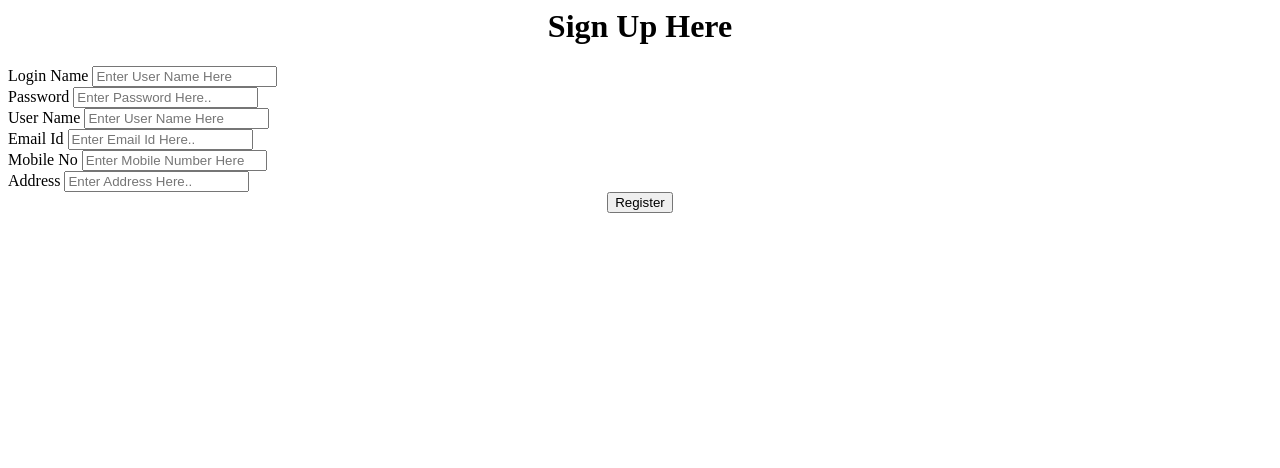
Repository: ManaliSant/Project-2-
Page: InteractionFrontEnd/WebContent/web/c_user/SignUp.html
The author's editor kept a copy of each file at every save. The page is drawn from the files as they stood at one save, then again after the next save.
The browser window is 1280 px wide. The pictures show the whole page.

Above is the page before, as saved 2018-12-12 11:33:28.

### InteractionFrontEnd/WebContent/web/c_user/SignUp.html

<div class="container" ng-controller="UserController">

	<h1 class="well">
		<center>
			<font face="Monotype Corsiva">Sign Up Here</font>
		</center>
	</h1>

	<div class="col-lg-12 well">
		<div class="row">
			<form>
				<div class="col-sm-12">
					<div class="row">
						<div class="col-sm-6 form-group">
							<label>Login Name</label> <input type="text" name="loginname"
								ng-model="User.loginname" placeholder="Enter User Name Here"
								ng-model="user.loginname" class="form-control">
						</div>
						<div class="col-sm-6 form-group">
							<label>Password</label> <input type="password" name="password"
								ng-model="User.password" placeholder="Enter Password Here.."
								ng-model="user.password" class="form-control">
						</div>
					</div>
					<div class="row">
						<div class="col-sm-6 form-group">
							<label>User Name</label> <input type="text" name="username"
								ng-model="User.username" placeholder="Enter User Name Here"
								ng-model="user.username" class="form-control">
						</div>
						<div class="col-sm-6 form-group">
							<label>Email Id</label> <input type="email" name="emailid"
								ng-model="User.emailid" placeholder="Enter Email Id Here.."
								ng-model="user.emailid" class="form-control">
						</div>
					</div>

					<div class="row">
						<div class="col-sm-6 form-group">
							<label>Mobile No</label> <input type="text" name="mobileno"
								ng-model="User.mobileno" placeholder="Enter Mobile Number Here"
								ng-model="user.mobileno" class="form-control">
						</div>
						<div class="col-sm-6 form-group">
							<label>Address</label> <input type="text" name="address"
								ng-model="User.address" placeholder="Enter Address Here.."
								ng-model="user.address" class="form-control">
						</div>
					</div>

					<center>
						<input type="submit" value="Register" class="btn btn-lg btn-info" ng-click="register()" />
					</center>
				</div>
			</form>
		</div>
	</div>



</div>

After the next save:
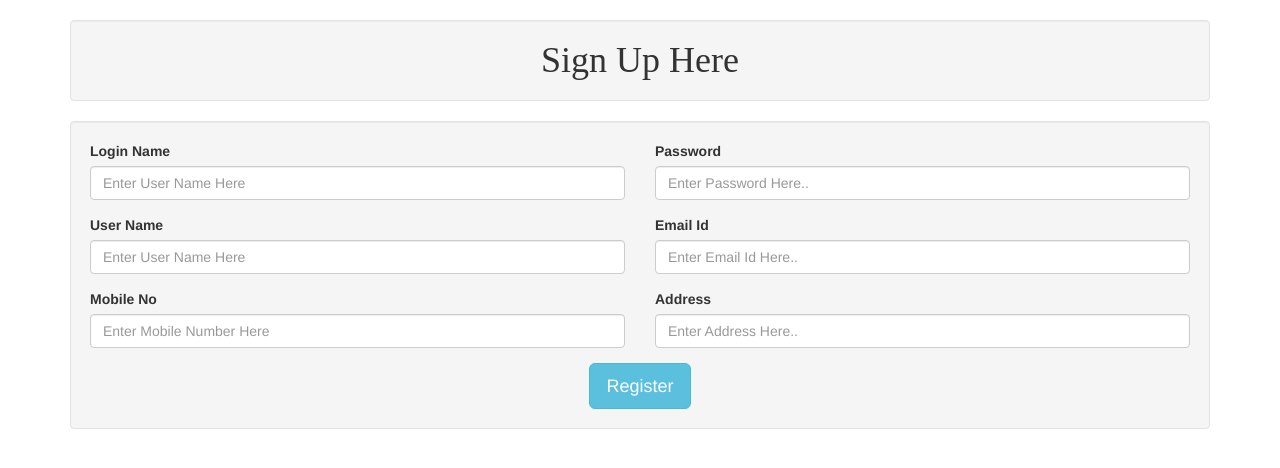
Saved 41 s later.
--- a/InteractionFrontEnd/WebContent/web/c_user/SignUp.html
+++ b/InteractionFrontEnd/WebContent/web/c_user/SignUp.html
@@ -1,3 +1,13 @@
+<!DOCTYPE html>
+<html lang="en">
+<head>
+  <title>LoginPage</title>
+  <meta charset="utf-8">
+  <meta name="viewport" content="width=device-width, initial-scale=1">
+  <link rel="stylesheet" href="https://maxcdn.bootstrapcdn.com/bootstrap/3.3.7/css/bootstrap.min.css">
+  <script src="https://ajax.googleapis.com/ajax/libs/jquery/3.3.1/jquery.min.js"></script>
+  <script src="https://maxcdn.bootstrapcdn.com/bootstrap/3.3.7/js/bootstrap.min.js"></script>
+</head>
 
 <div class="container" ng-controller="UserController">
 
